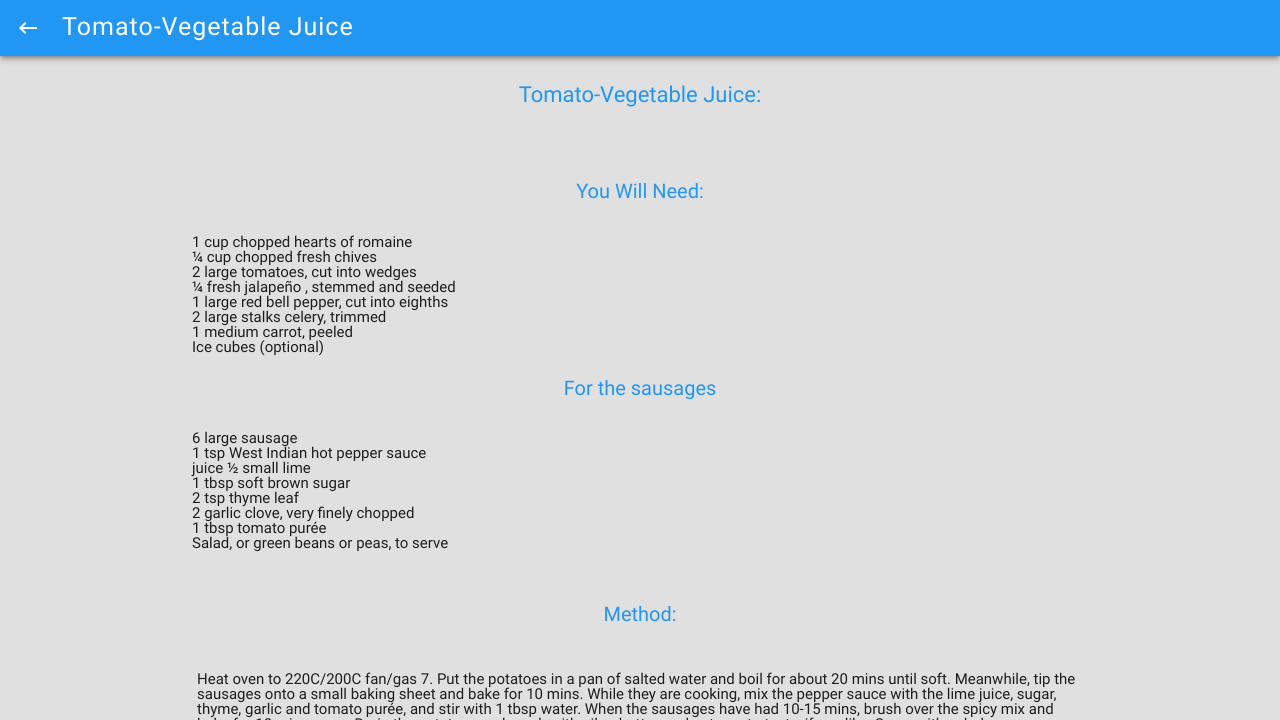
Repository: mattmoloney/vitae-2.0
Page: http://localhost/recipes/drink_recipies/drrecipie1.php
The author's editor kept a record of every edit. The page is drawn from the files as they stood at one moment, then again after the next edit.
The browser window is 1280 px wide. The pictures show the whole page.
An inner scrolling area shows only its first screen. The page is run by PHP 8.4 with error messages shown; the project is at /var/www/html/.

Above is the page before.

### recipes/drink_recipies/drrecipie1.php
<!DOCTYPE html>
<html xmlns="http://www.w3.org/1999/xhtml">

<head>
    <title>Vitae</title>
    <meta http-equiv="Content-Type" content="/html; charset=UTF-8" />
    <meta name="description" content="" />
    <meta name="keywords" content="" />
    <meta name='language' content='EN'>
    <meta name="viewport" content="width=device-width, initial-scale=1.0" />
    <link rel="icon" type="image/png" href="" />

    <link href="../../css/reset.css" rel="stylesheet" />
    <link href="https://fonts.googleapis.com/icon?family=Material+Icons" rel="stylesheet">
    <link href="https://fonts.googleapis.com/css?family=Montserrat|Oswald|Roboto" rel="stylesheet">

     <link href="../../css/materialize.min.css" rel="stylesheet" />
     <link href="../../css/style.css" rel="stylesheet" />
<?php
session_start();
?>
    </head>

    <body>

<div class="container-fluid">
    <div class="row headbar-container">
        <div class="headbar blue z-depth-2">
            <a href="../../drinksmenu.php" class="menu-icon"><i class="material-icons">keyboard_backspace</i></a>
            <div class="headtitle">Tomato-Vegetable Juice</div>
        </div>
    </div>
</div>


<div class="container">

                <h2>Tomato-Vegetable Juice:</h2>
                <br>
                <br>
                <h3>You Will Need:</h3>
                <br>
                <ul id="ingredience">
                    <li>1 cup chopped hearts of romaine</li>
                    <li>¼ cup chopped fresh chives</li>
                    <li>2 large tomatoes, cut into wedges</li>
                    <li>¼ fresh jalapeño , stemmed and seeded</li>
                    <li>1 large red bell pepper, cut into eighths</li>
                    <li>2 large stalks celery, trimmed</li>
                    <li>1 medium carrot, peeled</li>
                    <li>Ice cubes (optional)</li>
                </ul>
                <h3>For the sausages</h3>
                <br>
                <ul id="ingredience">
                     <li>6 large sausage</li>
                     <li>1 tsp West Indian hot pepper sauce</li>
                     <li>juice ½ small lime</li>
                     <li>1 tbsp soft brown sugar</li>
                     <li>2 tsp thyme leaf</li>
                     <li>2 garlic clove, very finely chopped</li>
                     <li>1 tbsp tomato purée</li>
                     <li>Salad, or green beans or peas, to serve</li>
                </ul>
                <br>
                <br>
                <h3>Method:</h3>
                <br>
                <br>
                <p>Heat oven to 220C/200C fan/gas 7. Put the potatoes in a pan of salted water and boil for about 20 mins until soft.
Meanwhile, tip the sausages onto a small baking sheet and bake for 10 mins. While they are cooking, mix the pepper sauce with the lime juice, sugar, thyme, garlic and tomato purée, and stir with 1 tbsp water. When the sausages have had 10-15 mins, brush over the spicy mix and bake for 10 mins more.
Drain the potatoes and mash with oil or butter, and nutmeg to taste, if you like. Serve with salad, or green beans or peas.
</p>

                     <a href="../../food.php"><input class="btn" type="submit" name="submit" value="Back to CookBook" style="margin-left: 6em; margin-bottom: 1em; margin-top: 2em;" /></a>

            </div> <!--container-->

    <script src="../../js/jquery-3.1.1.min.js"></script>
    <script type="text/javascript" src="../../js/materialize.min.js"></script>
</body>

</html>

### css/style.css
html,body
{
	transition: all 1s ease;
    width: 100%;
    height: 100%;
    margin: 0px;
    padding: 0px;
    overflow-x: hidden;
    background-color: #e0e0e0;
}

[type="radio"]:not(:checked), [type="radio"]:checked {
    position: relative;
    left: 0px;
    opacity: 1;
    margin-left:15px;
}

input, button, submit
{
  border:none;
  background  : none;
}

select {
    display: block!important;
    margin: 5px 0px;
}

h1{

    color: #2196F3;
    font-size: 30px;
    text-align: center;
}

h2{

    color: #2196F3;
    font-size: 22px;
    text-align: center;
}

h3 {

    color: #2196F3;
    font-size: 20px;
    text-align: center;
}

h4 {

    color: #000;
    font-size: 24px;
    text-align: left;
    padding-top: 15px;
    padding-left: 5px;
}

h5{

    color: #2196F3;
    font-size: 20px;
    text-align: left;
    padding-left: 5px;
}

p{

    padding-left: 5px;
}

.btn, .btn-large {
    background-color: #2196F3!important;
}

.nostyle {
	color: inherit;
	text-decoration: none;
}

.separator {
    height: 1px;
    width: 100%;
    background-color: #DDDDDD;
    margin : 15px 0px;
}

/**homepage**/

.menu-row {
    height: 140px;
}

.container-index {
    margin-top: 50px;
}

.blue-circle-left {
    border-radius: 50%;
	width: 75px;
	height: 75px;
    float: left;
    background-color: #2196F3;
}

.blue-circle-right {
    border-radius: 50%;
	width: 75px;
	height: 75px;
    float: right;
    background-color: #2196F3;
}

.icon-circle {
    color:white;
    margin-top: 0.4em;
    margin-left:0.45em;
    margin-right:auto;
    font-size: 40px;
}

.category-name {
    text-align: center;
    font-size: 22px;
    margin-top: 22px;
    color: #555555;

}

.menu-subgroup {
    width: 75px;
    margin-left: auto;
    margin-right: auto;
    display: block;
}

.btn-track-index {
    width: 100%;
    margin: 10px 0px;
}

/**cookbook**/

.menu-btn {
    width: 150px;
}

.container-food {

    margin-top: 50px;
}

.best_recipies {

    background-color: #fff;
    color: #DDD;
}


/******Topbar****/

.headbar-container {
    width:100%;
    margin:0;
    height:56px;
    z-index:90;
}


.headbar {
    width:100%;
    margin:0;
    height:56px;
    z-index:90;
    position: relative
}

.menu-icon {
    width:24px;
    font-size:48px;
    color:white;
    margin-left:16px;
    float: left;
}

.menu-icon-down {
    width:24px;
    font-size:48px;
    color:white;
    margin-top: 0.3em;
    margin-left:16px;
    float: left;
}

.headtitle {
    color:white;
    font-size: 25px;
    float: left;
    margin-left:22px;
    line-height: 54px;
    letter-spacing: 1px;
}

.menu-icon-share {
    width:24px;
    height:56px;
    font-size:48px;
    color:white;
    margin-right:16px;
    float: right;
}

.menu-icon-profile {
    width:24px;
    height:56px;
    font-size:48px;
    color:white;
    margin-right:16px;
    float: right;
}

.menu-icon-profile-down {
    width:24px;
    height:56px;
    font-size:48px;
    color:white;
    margin-top: 0.3em;
    margin-right:16px;
    float: right;
}

/******Profile page****/

.not-logged-p {
    margin-top:20px;
    font-size: 18px;
    line-height: 25px;
}

.sub-headbar {
    width:100%;
    margin-top:0px;
    height:42px;
    z-index:20;
}

.profile-name {
    color:white;
    font-size: 18px;
    float: left;
    margin-left:20px;
    line-height: 42px;
}

.profile-row h5 {
    font-size: 18px;
    margin-top: 15px;
    text-align: center;
    font-weight: 700;
    color: #212121;
}

.profile-photo {
    border-radius: 50%;
    margin-left:auto;
    margin-right:auto;
	width: 110px;
	height: 110px;
    background-color: #2196F3;
}

.profile-photo img{
	width: 100px;
	height: 100px;
    margin-top:5px;
}

.profile-infos {
    text-align: left;
    margin-top:20px;
}


.card-profile {
    display:block;
    width:100%;
    padding:20px;
}

.profile-title {
    font-weight: 700;
    font-size: 19px;
    margin-bottom: 15px;
    color: #212121;
}

.profile-othertitle{
    font-size: 17px;
    margin-bottom: 10px;
    color: #212121;
}

.profile-title a {
    float: right;
}

.profile-subtitle {
    margin-bottom: 5px;
}

.profile-link  {
    width: 100%;
}

.records-cont {
    margin-bottom: 12px;
    margin-left:7px;
}

.profile-save {
    width: 100%;
    margin-top: 10px;
}

.form-entry {
    margin: 10px 0px;
}

.select-img {
    margin-top: 20px;
    text-align:center;
}

.select-img img {
    height:80px;
    width:80px;
}



/******Register page****/

.form-register{

    width: 90%;
    margin-left: 1.5em;
    margin-top: 3em;
}

/******Login page****/


.login-form {
    margin-top: 20px;
}
.register-now-container {
    margin-top:30px;
}

/******trackers page****/
.container-weight {
}

.current-weight-title {
    text-align:center;
    font-weight: 700;
    font-size: 22px;
    margin-bottom:20px;
}

.actual-weight {
    color: #2196F3;
}

.weight-tl {
    width: 94%;
    margin-top: 30px;
    margin-left: 3%;
    margin-right: 3%;
    padding-bottom:0px;
    text-align:center;
}

.weight-lines {
    text-align:center;
}

.weight-line {
    font-size: 18px;
    margin-bottom: 15px;
}

.current-sleep-title {
    font-weight:700;
    font-size: 22px;
    margin-bottom:15px;
}

.current-sleep-subtitle {
    font-size: 18px;
    margin-bottom:15px;
}


.sleep-btn{
    margin-top: 20px;
}


/******sports page****/
.sport-submit {
    margin-left: auto;
    margin-right:auto;
    display:block;
}
.input-group {
    margin: 10px 0px;
}

.form-sport{

    width: 90%;
    margin-left: 1.5em;
}

.activities-sport {
    margin-top:20px;
}

.sport-tl-firstline {
    font-size: 16px;
    margin-bottom: 10px;
}

.sport-tl-secondline {
    font-size: 14px;
}

Loaded but not shown: css/reset.css (common file); css/materialize.min.css (library); js/jquery-3.1.1.min.js (library); js/materialize.min.js (library)

After the next edit:
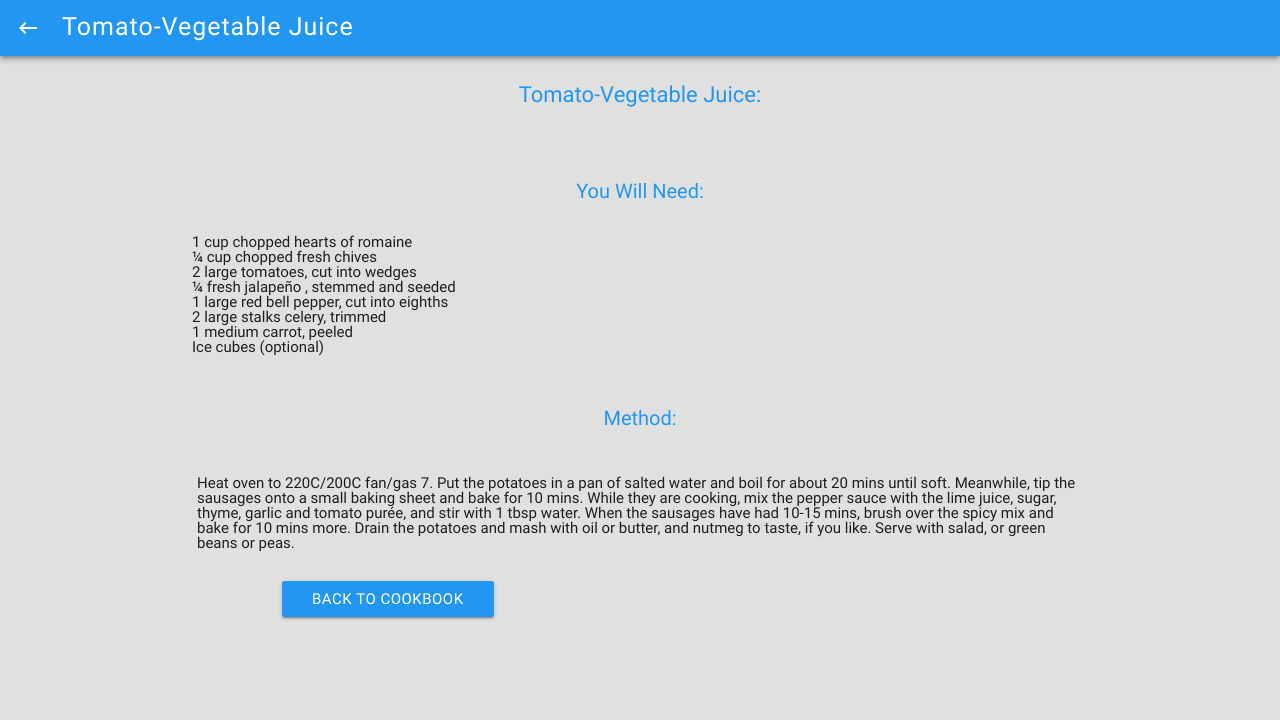
The edit:
--- a/recipes/drink_recipies/drrecipie1.php
+++ b/recipes/drink_recipies/drrecipie1.php
@@ -50,18 +50,6 @@
                     <li>1 medium carrot, peeled</li>
                     <li>Ice cubes (optional)</li>
                 </ul>
-                <h3>For the sausages</h3>
-                <br>
-                <ul id="ingredience">
-                     <li>6 large sausage</li>
-                     <li>1 tsp West Indian hot pepper sauce</li>
-                     <li>juice ½ small lime</li>
-                     <li>1 tbsp soft brown sugar</li>
-                     <li>2 tsp thyme leaf</li>
-                     <li>2 garlic clove, very finely chopped</li>
-                     <li>1 tbsp tomato purée</li>
-                     <li>Salad, or green beans or peas, to serve</li>
-                </ul>
                 <br>
                 <br>
                 <h3>Method:</h3>
